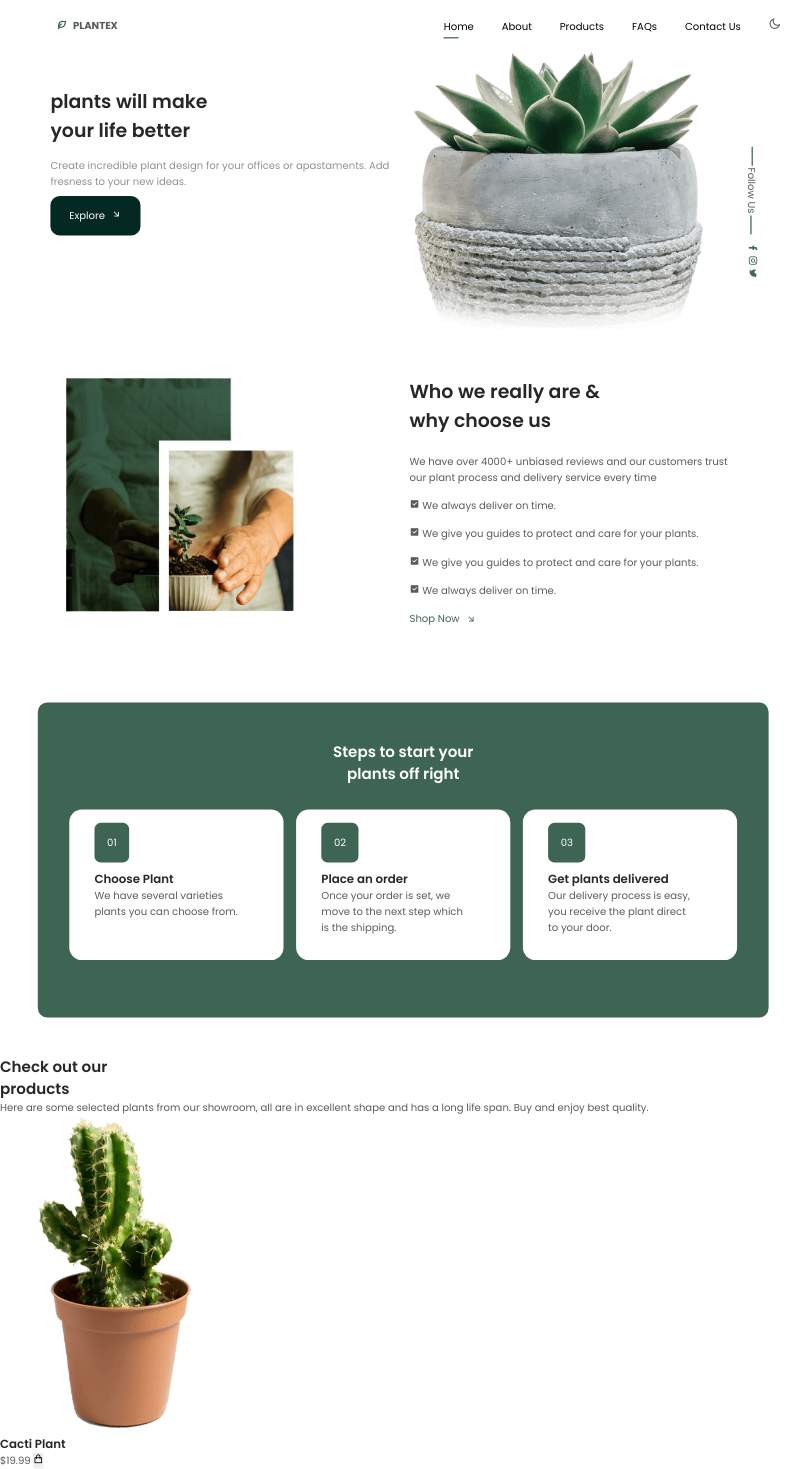
Repository: OmniaRafat232111121/plantwebsite
Page: index.html
These files come from the project's save history. The page is drawn as it stood at one moment and after the next save; the edit follows.
The browser window is 1280 px wide. The pictures show the whole page, at 63% of full size.

Above is the page before, as saved 2023-01-05 06:01:33.

### index.html
<!DOCTYPE html>
<html lang="en">
<head>
    <meta charset="UTF-8">
    <meta http-equiv="X-UA-Compatible" content="IE=edge">
    <meta name="viewport" content="width=device-width, initial-scale=1.0">
    <title>plant-website</title>
      <!--icon web-->
    <link rel="shortcut icon" href="assets/img/favicon.png" type="image/x-icon">
    <!--css style-->
    <link rel="stylesheet" href="./assets/css/styles.css">
    <!--remix icon-->
    <link href="https://cdn.jsdelivr.net/npm/remixicon@2.5.0/fonts/remixicon.css" rel="stylesheet">
</head>
<body>
<!--header-->
<header class="header" id="header">
<div class="container-header">
    <a class="nav_logo">
   <i class="ri-leaf-line nav_logo-icon "></i>Plantex
</a>

<nav class="nav_menu" id="nav_menu">
    <ul class="nav_list" id="nav_list">
        <li class="nav_item" id="nav_item">
                            <a href="#home" class="nav_link active-link">Home</a>
                        </li>
                        <li class="nav__item">
                            <a href="#about" class="nav_link">About</a>
                        </li>
                        <li class="nav__item">
                            <a href="#products" class="nav_link">Products</a>
                        </li>
                        <li class="nav__item">
                            <a href="#faqs" class="nav_link">FAQs</a>
                        </li>
                        <li class="nav__item">
                            <a href="#contact" class="nav_link">Contact Us</a>
                        </li>
                        <li class="mood">
       <i class= "ri-moon-line change-theme" id="theme-button"></i>

    </li>



    </ul>

    <div class="nav-close" id="nav_close">
        <i class="ri-close-line"></i>

    </div>
    <div  class="nav-btns">
   <i class= "ri-moon-line change-theme" id="theme-button"></i>
    <div class="nav-toggle" id="navToggle">
      <i class="ri-menu-line"></i>
    </div>
   </div>
    </div>
</nav>
</div>

</header>


    <!--home start-->
    <section class="home" id="home">
        <div class="home-container">
            <div class="left-content">
                <h1 class="home-title">plants will make <br>
                    your life better</h1>
                <p class="home-des">Create incredible plant design for your offices or apastaments. Add fresness to your new ideas.</p>
              <a>Explore<i class="ri-arrow-right-down-line button__icon"></i></a>
            </div>
            <div class="right-content">
            <img src="./assets/img/home.png" alt=""/>
            <div class=social_icons>
                 <span class="home__social-follow">Follow Us</span>

                        <div class="home__social-links">
                            <a href="https://www.facebook.com/" target="_blank" class="home__social-link">
                                <i class="ri-facebook-fill"></i>
                            </a>
                            <a href="https://www.instagram.com/" target="_blank" class="home__social-link">
                                <i class="ri-instagram-line"></i>
                            </a>
                            <a href="https://twitter.com/" target="_blank" class="home__social-link">
                                <i class="ri-twitter-fill"></i>
                            </a>
                        </div>

            </div>

        </div>

    </section>
 <!--home end-->
 <!--about start-->
 <section class="about" id="about">
    <div class="about-container">
        <div class="left-about">
          <img src="./assets/img/about.png" alt="image-about"/>
        </div>
        <div class="right-about">
            <h2 class="about-title">Who we really are &<br>why choose us</h2>
            <p class="about-desc">We have over 4000+ unbiased reviews and our customers trust our plant process and delivery service every time</p>
             <div class="about-deatails">
                <p class="about-description">
                      <i class="ri-checkbox-fill about__details-icon"></i>
                       We always deliver on time.
                </p>
                 <p class="about-description">
                      <i class="ri-checkbox-fill about__details-icon"></i>
                      We give you guides to protect and care for your plants.
                </p>

                 <p class="about-description">
                      <i class="ri-checkbox-fill about__details-icon"></i>
                      We give you guides to protect and care for your plants.
                </p>

                 <p class="about-description">
                      <i class="ri-checkbox-fill about__details-icon"></i>
                       We always deliver on time.
                </p>


             </div>
              <a href="#" class="button-link">
                            Shop Now <i class="ri-arrow-right-down-line button__icon"></i>
                        </a>
        </div>

    </div>

 </section>

 <!--about end-->
 <!--steps start-->
 <section class="steps">
    <div class="steps-container">
        <h2>Steps to start your<br>
            plants off right</h2>
            <div class="about-boxes">
                <div class="box">
                <span>01</span>
                <h3>Choose Plant</h3>
                <p>
                    We have several varieties
                    <br>plants you can choose from.
                </p>
                </div>
                  <div class="box">
                <span>02</span>
                <h3>Place an order</h3>
                <p>
                   Once your order is set, we<br>
                    move to the next step which<br>
                     is the shipping.
                </p>
                </div>

                 <div class="box">
                <span>03</span>
                <h3>Get plants delivered</h3>
                <p>
                   Our delivery process is easy,
                   <br> you receive the plant direct
                   <br>to your door.


                </p>
                </div>
            </div>

    </div>

 </section>
  <!--steps start-->
  <section class="products" id="products">
    <div class="product-container">
        <div class="products-content">
        <h2>Check out our
            <br>products</h2>
            <p>Here are some selected plants from our showroom, all are in excellent shape and has a long life span. Buy and enjoy best quality.</p>
        </div>
        <div class="products-boxes">
            <div class="box">
                <img src="./assets/img/product1.png" alt=""/>
                <h3>Cacti Plant</h3>
                <div>
                    <span>$19.99</span>
                     <button class="product_Button">
                            <i class="ri-shopping-bag-line"></i>
                        </button>
                </div>

            </div>

        </div>

    </div>

  </section>
   <script src="./assets/js/main.js"></script>
</body>
</html>

### assets/css/styles.css
/*=============== GOOGLE FONTS ===============*/
@import url('https://fonts.googleapis.com/css2?family=Poppins:wght@400;500;600;700&display=swap');

/*=============== VARIABLES CSS ===============*/
:root {
  --header-height: 3.5rem; /*56px*/

  /*========== Colors ==========*/
  /*Color mode HSL(hue, saturation, lightness)*/
  --black:#000;
  --green:#3e655e;
  --bold-green:#032922;
  --hue: 152;
  --first-color: hsl(var(--hue), 24%, 32%);
  --first-color-alt: hsl(var(--hue), 24%, 28%);
  --first-color-light: hsl(var(--hue), 24%, 66%);
  --first-color-lighten: hsl(var(--hue), 24%, 92%);
  --title-color: hsl(var(--hue), 4%, 15%);
  --text-color: hsl(var(--hue), 4%, 35%);
  --text-color-light: hsl(var(--hue), 4%, 55%);
  --body-color: hsl(var(--hue), 0%, 100%);
  --container-color: #FFF;

  /*========== Font and typography ==========*/
  /*.5rem = 8px | 1rem = 16px ...*/
  --body-font: 'Poppins', sans-serif;
  --big-font-size: 2rem;
  --h1-font-size: 1.5rem;
  --h2-font-size: 1.25rem;
  --h3-font-size: 1rem;
  --normal-font-size: .938rem;
  --small-font-size: .813rem;
  --smaller-font-size: .75rem;

  /*========== Font weight ==========*/
  --font-medium: 500;
  --font-semi-bold: 600;

  /*========== Margenes Bottom ==========*/
  /*.5rem = 8px | 1rem = 16px ...*/
  --mb-0-5: .5rem;
  --mb-0-75: .75rem;
  --mb-1: 1rem;
  --mb-1-5: 1.5rem;
  --mb-2: 2rem;
  --mb-2-5: 2.5rem;

  /*========== z index ==========*/
  --z-tooltip: 10;
  --z-fixed: 100;
}

/* Responsive typography */
@media screen and (min-width: 968px) {
  :root {
    --big-font-size: 3.5rem;
    --h1-font-size: 2.25rem;
    --h2-font-size: 1.5rem;
    --h3-font-size: 1.25rem;
    --normal-font-size: 1rem;
    --small-font-size: .875rem;
    --smaller-font-size: .813rem;
  }
}

/*=============== BASE ===============*/
*{
  box-sizing: border-box;
  padding: 0;
  margin: 0;
}

html{
  scroll-behavior: smooth;
}

body,
button,
input,
textarea{
  font-family: var(--body-font);
  font-size: var(--normal-font-size);
}

body{
  margin: var(--header-height) 0 0 0;
  background-color: var(--body-color);
  color: var(--text-color);
  transition: .4s; /*For animation dark mode*/
}

button{
  cursor: pointer;
  border: none;
  outline: none;
}

h1,h2,h3{
  color: var(--title-color);
  font-weight: var(--font-semi-bold);
}

ul{
  list-style: none;
}

a{
  text-decoration: none;
}

img{
  max-width: 100%;
  height: auto;
}
/*========== resuable component ==========*/



/*========Header========*/
 header{
  background-color: #fff;
  position: fixed;
  top:0;
  left:0;
  width:100%;
  z-index:1000;
  transition: 0.3s;
}
.container-header{
  display:flex;
  align-items: center;
  justify-content: space-between;
  height:var(--header-height);
  padding:40px;
}
.nav_menu{

}
.nav_logo{
  text-transform: uppercase;
  display:inline-flex;
  align-items: center;
  column-gap: 10px;
  font-weight: bold;
  margin-left: 50px;
  cursor: pointer;
}
.nav_logo:hover{
  color:var(--green);
}
.nav_logo-icon{
   color:var(--green);
}
.nav_logo i:hover{
  color:var(--black);
}
nav ul li {
  display: inline-block;
  cursor: pointer;
  margin-left: 40px;
}
nav ul li a{
  color:var(--black);


}
.nav-btns{
  display: none;
}
.mood{
  margin-left: 40px;
  font-size: 20px;

}

.nav-close
{

  font-size: 1.5rem;
  position: relative;
  top: 70px;
  right: 1.25rem;
  cursor: pointer;
  display: none;


}

.nav-btns{
  font-size: 20px;
  cursor: pointer;
}
.active-link{
  position: relative;
  color: var(--black);
}
.active-link::after{
  content: '';
  position: absolute;
  bottom: -8px;
  left: 0;
  width: 50%;
  height: 2px;
  background-color: var(--green);
}
.nav_link:hover{
 color: var(--green);
 transition: 0.3s;
}
@media screen and (max-width: 767px){
.nav_list{
display: none;
}
.nav_logo{
  margin-left: -10px;
}

.nav-btns{
  display:inline-flex;
  align-items: center;
  column-gap: 20px;
  font-weight: bold;
  margin-right: -10px;
  cursor: pointer;
}

  .show-menu{

     position: fixed;
    background-color:#fff;
    width: 100%;
    height: 50%;
    top: 80px;
    right: 0px;
    transition: .3s;
    z-index: 1000;
    display:grid;
    justify-content: center;
    text-align: center;

 padding: 10px;




  }
  .show-menu {

  }
  .show-menu .mood .ri-moon-line{
    display: none;
  }




}

/*=====home======*/
.home{
  padding: 0 80px;
  position:relative;

}
.home-container{
display:grid;
grid-template-columns: repeat(auto-fit, minmax(250px, 1fr));
grid-gap:30px;
margin-top: 70px;

}
.home-container .left-content{
  margin-top: 70px;
}
.home-container .left-content .home-title{
  font-size: 30px;
}
.home-container .left-content .home-des{
  color:rgb(145, 145, 145);
  margin-top: 20px;
  margin-bottom: 30px;
}
.home-container .left-content a{
  background-color: var(--bold-green);
  color:#fff;
  padding:20px 30px;
  border-radius: 15px;

}
.home-container .left-content  i{
  margin-left: 10px;
}
.right-content img{
  max-width: 100%;
  width:85%;
  justify-self: center;
}

.social_icons{
  position: absolute;
  top: 220px;
  right: 50px;
  display: grid;
  justify-items: center;
  row-gap: 3.5rem;

}
.home__social-links {
  margin-top: 30px;

}
.home__social-links a{
 color:var(--green);
}
.home__social-links a:hover{
color:var(--black);
}
.home__social-follow{
  position:relative;
  transform: rotate(90deg);
}
.home__social-follow::before{
content: '';
  position: absolute;
  width: 30px;
  height: 2px;
  background-color: var(--green);
  right: -45%;
  top: 50%;
}
.home__social-follow::after{
content: '';
  position: absolute;
  width: 30px;
  height: 2px;
  background-color: var(--green);
  left: -45%;
  bottom: 50%;
}
.home__social-links{
    transform: rotate(90deg);
}
.left-content a:hover{
  background-color:#032922;
  color: #fff;
  cursor: pointer;

}
/*======about=======*/
.about{
  position: relative;
  padding:60px 100px;
}
.about-container{
  display:grid;
grid-template-columns: repeat(auto-fit, minmax(300px, 1fr));
grid-gap:20px;

}
.about-container .left-about img{
  max-width: 100%;
  width:70%;
}
.about-container .right-about .about-title{
  font-size: 30px;
  margin-bottom: 30px;

}
.about-container .right-about .about-desc{
  margin-bottom:20px;

}
.about-container .right-about .about-deatails .about-description{
  padding-bottom: 20px;
}
.about-container .button-link{
  color:var(--green);

}
.about-container .button-link{
  display:inline-flex;
  align-items: center;
  column-gap: 10px;

 color:var(--green);
  cursor: pointer;
}
.about-container .button-link:hover i{

color: var(--bold-green);

}
@media(max-width:767px){
  .right-about.about-title h2{
    font-size: 10px;

  }
  .right-about{
    font-size: 16px;

  }
  .about-container{
    margin-top: 30px;
  }
}
/*=======change-header========*/
.change-header{
  background-color: #3e655e;
  color:#fff;
}
.change-header .nav_logo i{
  color:#fff;
}
.change-header .nav_logo:hover{
  color:var(--bold-green);
}
.change-header .nav_link:hover{
  color:#fff;
}
/*======steps=======*/

.steps{
  position:relative;
  padding:60px;

}
.steps-container{
  width:100%;
 padding:20px 50px;
  background-color: #3e6553;
  border-radius: 15px;
  height:500px;
}
.steps-container h2{
  text-align: center;
  padding-top: 40px;
  color:#fff;
}
.about-boxes{
  display:grid;
grid-template-columns: repeat(auto-fit, minmax(300px, 1fr));
grid-gap:20px;
margin-top: 40px;

}
.about-boxes .box{
background-color: #fff;
   padding: 40px 40px;
   border-radius: 20px;

}
.about-boxes .box span{
  background-color: #3e6553 ;
  padding:20px;
  color:#fff;
  margin-bottom: 40px;
  border-radius: 10px;
  cursor: pointer;
  transition: 0.3s;


}

.box span:hover{

  color:#fff;
  background-color: #032922;


}
.about-boxes .box h3{
  margin-top: 30px;
}
/* .about-boxes .box:last-child{
  margin-right: 10px;
} */
@media(max-width:767px){

.steps-container{
  width:100%;
 padding:20px 50px;
  background-color: #3e6553;
  border-radius: 15px;
  height:1100px;
}
.about-boxes{
  display:grid;
grid-template-columns: repeat(auto-fit, minmax(200px, 1fr));
grid-gap:20px;
margin-top: 40px;

}
.about-boxes .box{

   padding: 30px;


}
}
/*======products======*/
.products{
  padding:
}

### assets/js/main.js
let navMenu = document.getElementById('nav_menu');
let navList = document.getElementById('nav_list');
let navItem = document.getElementById('nav ul li');
let closeButton = document.getElementById('nav_close');
let navToggle = document.getElementById('navToggle');
const header = document.getElementById('header');
navToggle.addEventListener('click', function () {
    navList.classList.toggle('show-menu');


})
/*change background header*/
window.addEventListener('scroll', function () {
   header.classList.toggle("change-header",window.scrollY > 40)
})

After the next save:
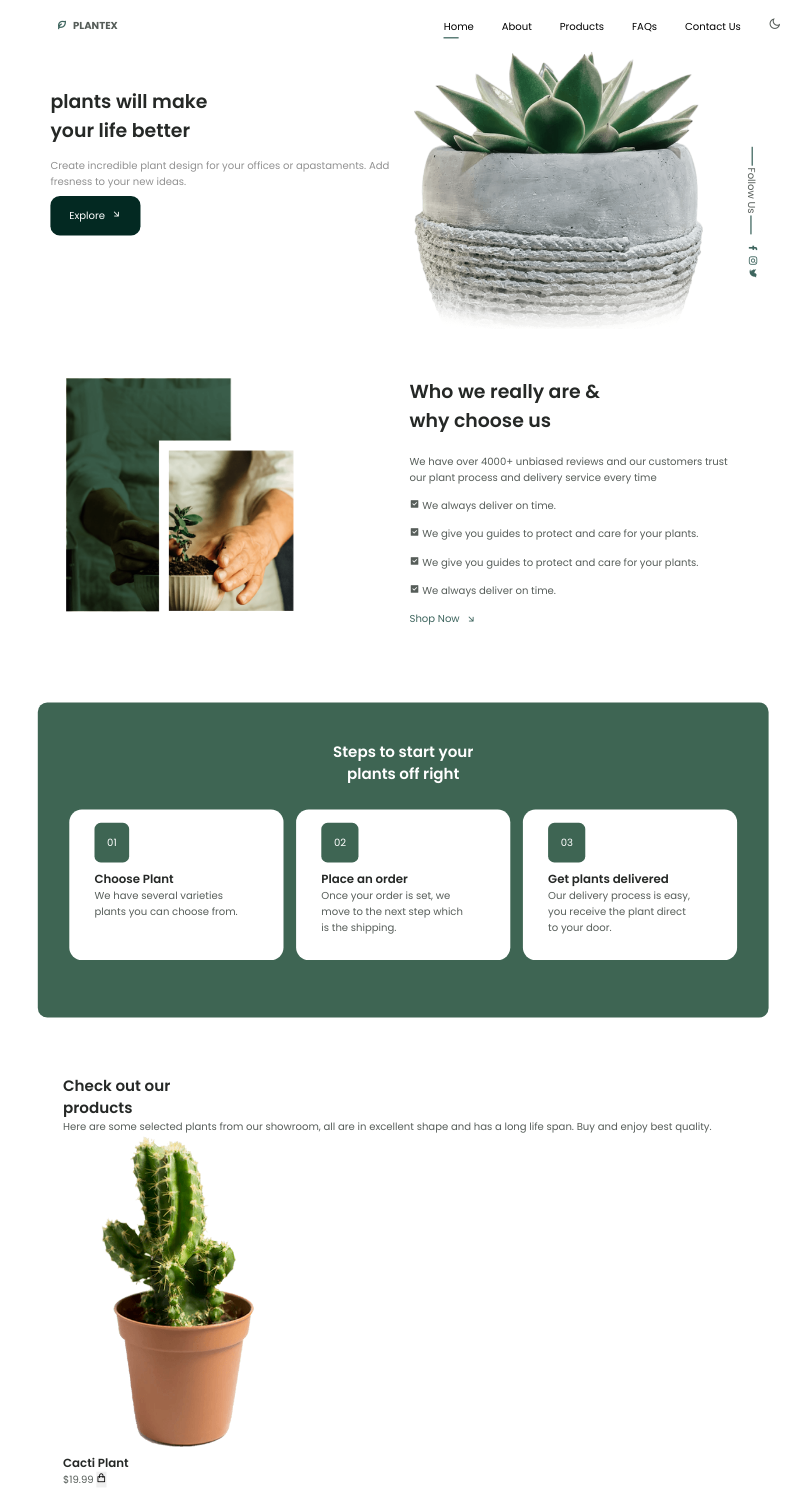
Saved 17 s later.
--- a/assets/css/styles.css
+++ b/assets/css/styles.css
@@ -499,5 +499,5 @@ margin-top: 40px;
 }
 /*======products======*/
 .products{
-  padding:
-}
+  padding:30px 100px
+}
